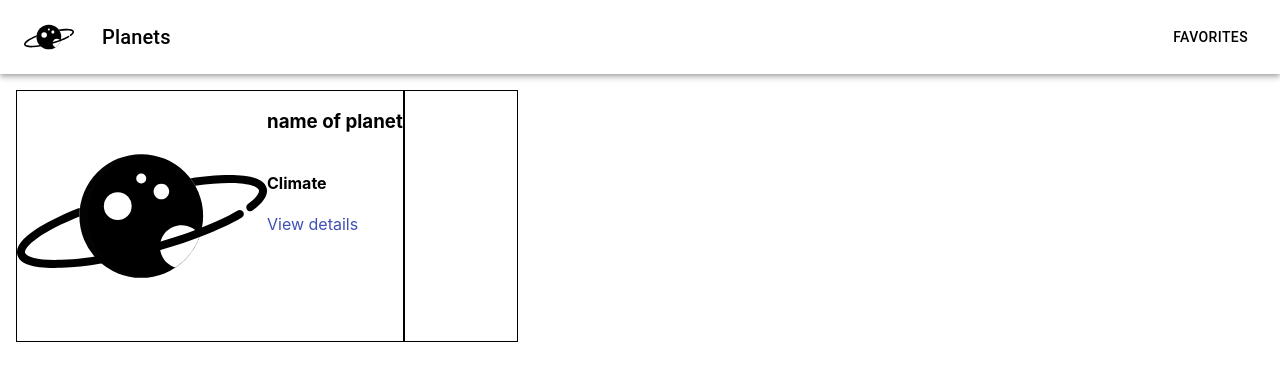
Repository: samridhie01/assignment
Page: /
These files come from the project's save history. The page is drawn as it stood at one moment and after the next save; the edit follows.
The browser window is 1280 px wide. The pictures show the whole page.
The page's requests for data from a server got no answer. The project was rebuilt for these pictures with package versions that can differ from the ones it lists, and the page was loaded fresh each time. No one was signed in, and anything a server would have sent is missing.

Above is the page before, as saved 2020-08-19 21:47:59.

After the next save:
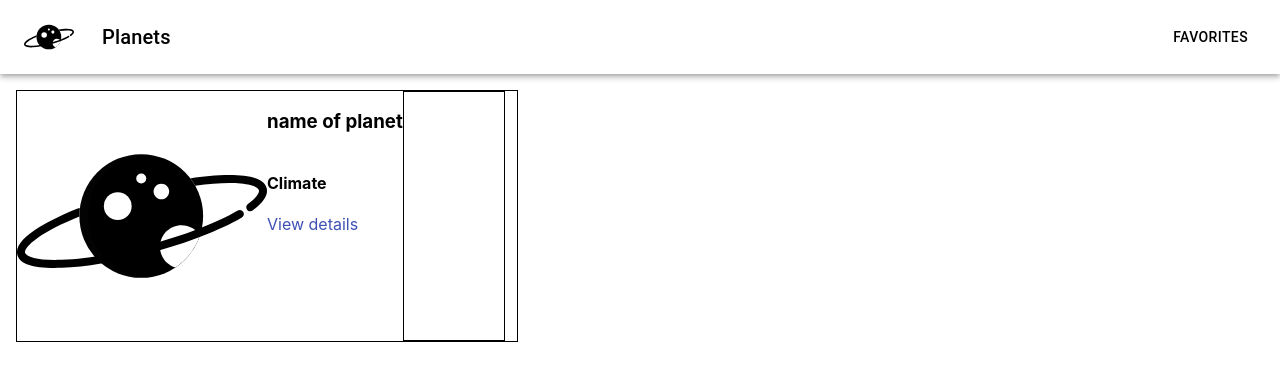
Saved 12 s later.
--- a/src/components/planets/Planets.tsx
+++ b/src/components/planets/Planets.tsx
@@ -38,7 +38,7 @@ export default function Planets() {
         <h4>Climate</h4>
         <Link>View details</Link>
       </div>
-      <Box border={1}></Box>
+      <Box border={1} width={100}></Box>
     </Box>
   );
 }
